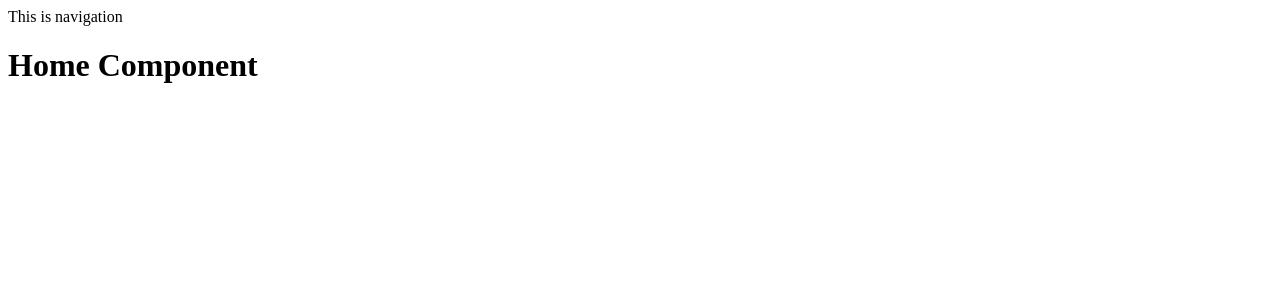
Repository: ymw0331/shop-hub
Page: / (app in client/)
An editor plug-in stored every save of this project. The page is shown before and after the next save, followed by the edit.
The browser window is 1280 px wide. The pictures show the whole page.
The project was rebuilt for these pictures with package versions that can differ from the ones it lists, and the page was loaded fresh each time. Also part of the build but not shown: client/src/pages/Login.jsx, client/src/pages/Register.jsx.

Above is the page before, as saved 2023-01-05 00:58:04.

After the next save:
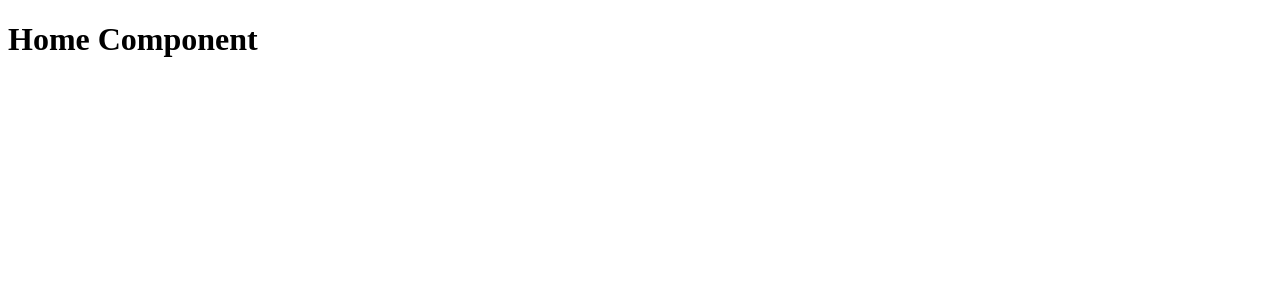
Saved 19 s later.
--- a/client/src/components/nav/Menu.jsx
+++ b/client/src/components/nav/Menu.jsx
@@ -3,7 +3,6 @@ export default function Menu ()
 
   return (
     <div>
-      This is navigation
     </div>
   );
 }
